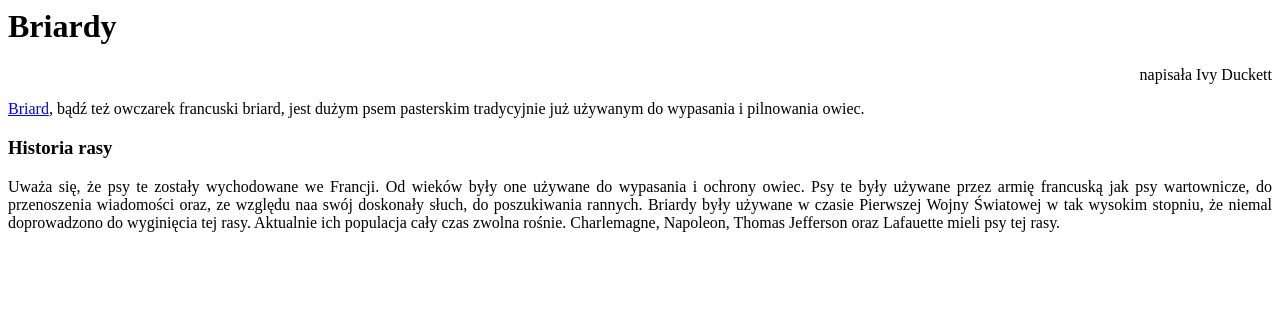
Repository: Lenerystia/HTML
Page: Rozdział 12/Wyrownanie_w_pionie/text-align.html
These files come from the project's save history. The page is drawn as it stood at one moment and after the next save; the edit follows.
The browser window is 1280 px wide. The pictures show the whole page.

Above is the page before, as saved 2022-02-02 12:33:04.

After the next save:
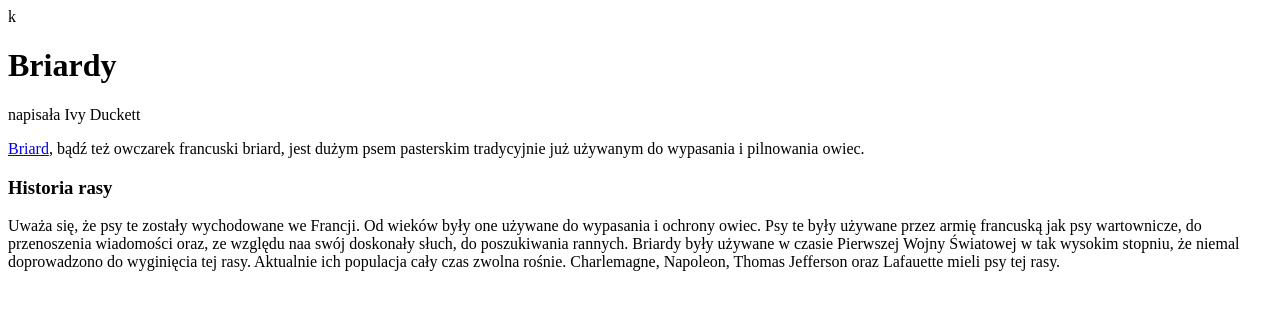
Saved 17 s later.
--- a/Rozdział 12/Wyrownanie_w_pionie/text-align.html
+++ b/Rozdział 12/Wyrownanie_w_pionie/text-align.html
@@ -1,18 +1,8 @@
 <html>
 	<head>
 		<meta http-equiv="content-type" content="text/html; charset=UTF-8">
-			<title>Wyrównanie</title>
-			<style type="text/css">
-				h1{
-                    text-align: left;
-                }
-                p{
-                    text-align: justify;
-                }
-                .credits{
-                    text-align: right;
-                }
-			</style>
+		<title>Wyrównanie</title>
+		<link rel="stylesheet" href="style.css">k
 		</head>
 		<body>
 			<h1>Briardy</h1>
